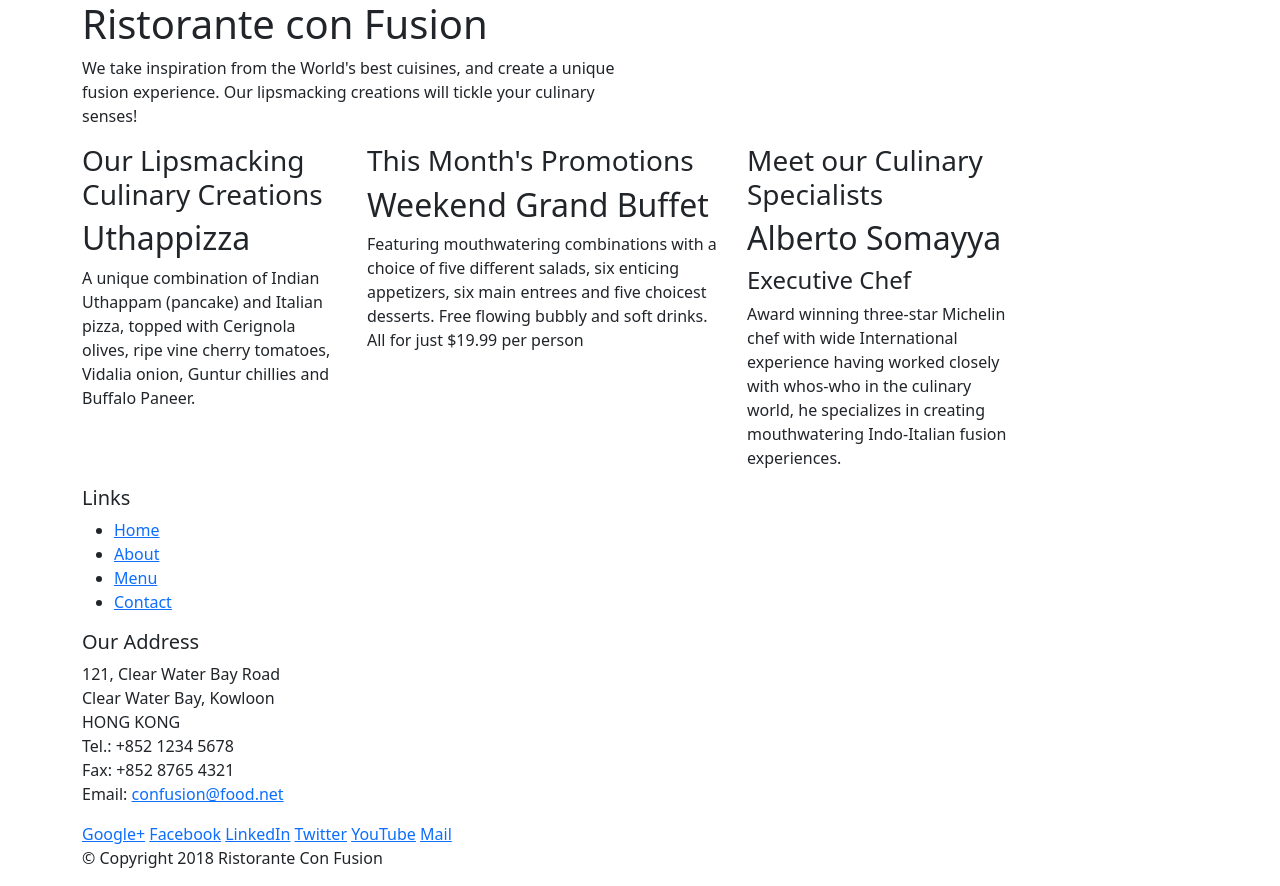
Repository: GiaBaooLe/Reactjs
Page: index.html
These files come from the project's save history. The page is drawn as it stood at one moment and after the next save; the edit follows.
The browser window is 1280 px wide. The pictures show the whole page.
Some web libraries are served in a nearby version.

Above is the page before, as saved 2023-09-12 14:04:55.

### index.html
<!DOCTYPE html>
<html lang="en">
  <head>

    <!-- Required meta tags always come first -->
    <meta charset="utf-8" />
    <meta
      name="viewport"
      content="width=device-width, initial-scale=1, shrink-to-fit=no"
    />
    <meta http-equiv="x-ua-compatible" content="ie=edge" />
    <!-- Bootstrap CSS -->
    <link
      rel="stylesheet"
      href="node_modules/bootstrap/dist/css/bootstrap.min.css"
    />

    <title>Ristorante Con Fusio</title>
  </head>

  <body>
    <header class="jumbotron">
        <div class="container">
            <div class="row">


          <div class="col-12 col-sm-6">
            <h1>Ristorante con Fusion</h1>
            <p>
              We take inspiration from the World's best cuisines, and create a
              unique fusion experience. Our lipsmacking creations will tickle
              your culinary senses!
            </p>
          </div>
          </div>
        </div>


    </div>
    </header>

    <div class="container">
        <div class="row">
      <div class="col-12 col-sm-4 col-md-3">
        <div>
          <h3>Our Lipsmacking Culinary Creations</h3>
        </div>
        <div>
          <h2>Uthappizza</h2>
          <p>
            A unique combination of Indian Uthappam (pancake) and Italian pizza,
            topped with Cerignola olives, ripe vine cherry tomatoes, Vidalia
            onion, Guntur chillies and Buffalo Paneer.
          </p>
        </div>
      </div>


      <div class="col-12 col-sm-4 ">
        <div>
          <h3>This Month's Promotions</h3>
        </div>
        <div>
          <h2>Weekend Grand Buffet</h2>
          <p>
            Featuring mouthwatering combinations with a choice of five different
            salads, six enticing appetizers, six main entrees and five choicest
            desserts. Free flowing bubbly and soft drinks. All for just $19.99
            per person
          </p>
        </div>
      </div>

      <div class="col-12 col-sm-4 col-md-3">
        <div>
          <h3>Meet our Culinary Specialists</h3>
        </div>
        <div>
          <h2>Alberto Somayya</h2>
          <h4>Executive Chef</h4>
          <p>
            Award winning three-star Michelin chef with wide International
            experience having worked closely with whos-who in the culinary
            world, he specializes in creating mouthwatering Indo-Italian fusion
            experiences.
          </p>
        </div>
      </div>
    </div>
    </div>
</div>

    <footer>
      <div class="container">
        <div class="row">
          <div>
            <h5>Links</h5>
            <ul>
              <li><a href="#">Home</a></li>
              <li><a href="#">About</a></li>
              <li><a href="#">Menu</a></li>
              <li><a href="#">Contact</a></li>
            </ul>
          </div>
          <div>
            <h5>Our Address</h5>
            <address>
              121, Clear Water Bay Road<br />
              Clear Water Bay, Kowloon<br />
              HONG KONG<br />
              Tel.: +852 1234 5678<br />
              Fax: +852 8765 4321<br />
              Email: <a href="mailto:confusion@food.net">confusion@food.net</a>
            </address>
          </div>
          <div>
            <div>
              <a href="http://google.com/+">Google+</a>
              <a href="http://www.facebook.com/profile.php?id=">Facebook</a>
              <a href="http://www.linkedin.com/in/">LinkedIn</a>
              <a href="http://twitter.com/">Twitter</a>
              <a href="http://youtube.com/">YouTube</a>
              <a href="mailto:">Mail</a>
            </div>
          </div>
        </div>
        <div>
          <div>
            <p>© Copyright 2018 Ristorante Con Fusion</p>
          </div>
        </div>
      </div>
    </footer>
  </body>
  <script src="node_modules/jquery/dist/jquery.slim.min.js"></script>
  <script src="node_modules/popper.js/dist/umd/popper.min.js"></script>
  <script src="node_modules/bootstrap/dist/js/bootstrap.min.js"></script>
</html>

After the next save:
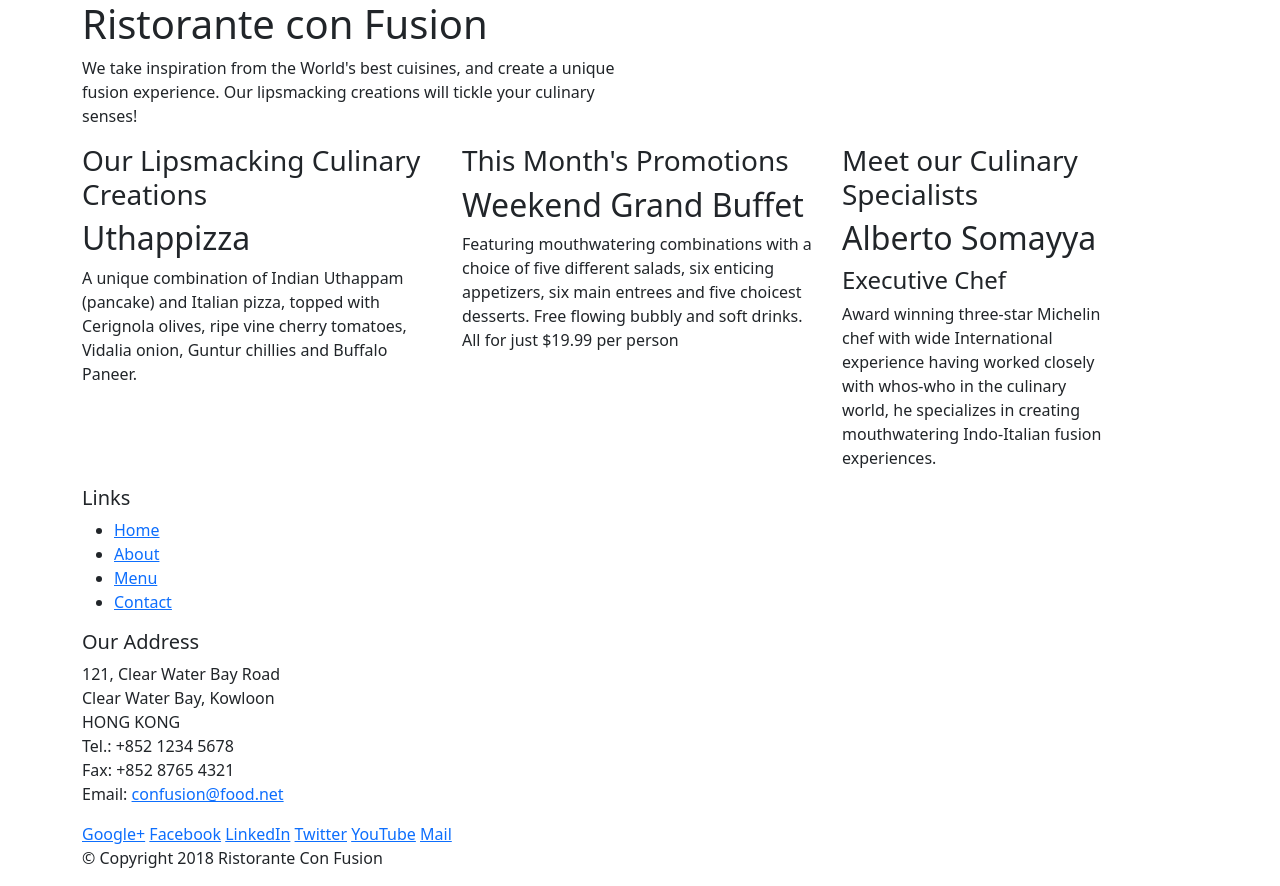
Saved 24 s later.
--- a/index.html
+++ b/index.html
@@ -41,7 +41,7 @@
 
     <div class="container">
         <div class="row">
-      <div class="col-12 col-sm-4 col-md-3">
+      <div class="col-12 col-sm-4 ">
         <div>
           <h3>Our Lipsmacking Culinary Creations</h3>
         </div>
